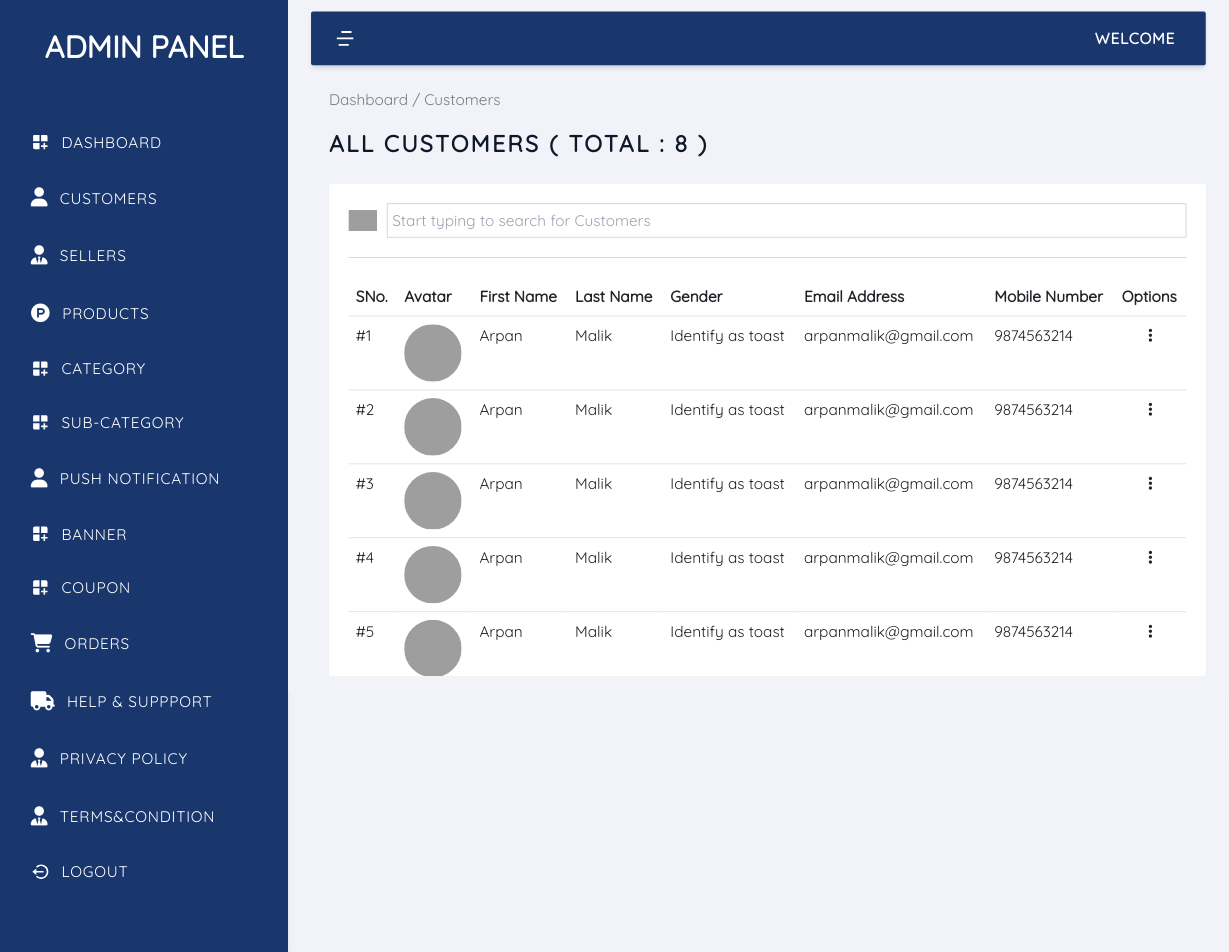
Repository: shishpal2000/admin.aschpro
Page: /Customer
The author's editor kept a copy of each file at every save. The page is drawn from the files as they stood at one save, then again after the next save.
The browser window is 1280 px wide. The pictures show the whole page, at 96% of full size.
Pictures or frames that could not be fetched are drawn as grey boxes. An inner scrolling area shows only its first screen. Some web libraries are served in a nearby version. The project was rebuilt for these pictures with package versions that can differ from the ones it lists, and the page was loaded fresh each time. Also part of the build but not shown: src/E-CommerceAdmin/forms/Login.jsx, src/E-CommerceAdmin/pages/Dashboard.jsx, src/E-CommerceAdmin/pages/ECategory.js, src/E-CommerceAdmin/pages/EProduct.js, src/E-CommerceAdmin/pages/EVendorList.js, src/E-CommerceAdmin/pages/EAdminOrders.js, src/E-CommerceAdmin/pages/EAdminDelivery.js, src/E-CommerceAdmin/pages/ESubCategory.js and 6 more. Imported but missing from the stored project, and not drawn on this page: src/E-CommerceAdmin/pages/Component/SpinnerComp.

Above is the page before, as saved 2023-06-28 18:16:17.

### public/index.html
<!-- @format -->

<!DOCTYPE html>
<html lang="en">
  <head>
    <meta charset="utf-8" />
    <meta name="viewport" content="width=device-width, initial-scale=1" />
    <meta name="theme-color" content="#000000" />
    <meta
      name="description"
      content="Web site created using create-react-app"
    />
    <link rel="icon" href="%PUBLIC_URL%/favicon.png" />
    <link rel="manifest" href="%PUBLIC_URL%/manifest.json" />
    <link rel="preconnect" href="https://fonts.googleapis.com" />
    <link rel="preconnect" href="https://fonts.gstatic.com" crossorigin />
    <link
      href="https://fonts.googleapis.com/css2?family=Roboto+Mono:ital,wght@1,300&display=swap"
      rel="stylesheet"
    />
    <link rel="preconnect" href="https://fonts.googleapis.com">
<link rel="preconnect" href="https://fonts.gstatic.com" crossorigin>
<link href="https://fonts.googleapis.com/css2?family=Quicksand&display=swap" rel="stylesheet">
    <title>Subharambh</title>
  </head>
  <body>
    <noscript>You need to enable JavaScript to run this app.</noscript>
    <div id="root"></div>
    <script src="https://code.jquery.com/jquery-3.6.0.min.js"></script>
    <script
      src="https://kit.fontawesome.com/b533b351e4.js"
      crossorigin="anonymous"
    ></script>
    <script
      type="module"
      src="https://unpkg.com/ionicons@7.1.0/dist/ionicons/ionicons.esm.js"
    ></script>
    <script
      nomodule
      src="https://unpkg.com/ionicons@7.1.0/dist/ionicons/ionicons.js"
    ></script>
  </body>
</html>

### src/E-CommerceAdmin/pages/EAdminCustomer.js
/** @format */

import React, { useEffect, useState } from "react";
import { Alert, Table } from "react-bootstrap";
import HOC from "../layout/HOC";
import { Dropdown, Menu } from "antd";

const data = [
  {
    img: "https://img.freepik.com/free-vector/businessman-character-avatar-isolated_24877-60111.jpg",
    fName: "Arpan",
    lName: "Malik",
    Gender: "Identify as toast",
    email: "arpanmalik@gmail.com",
    mobile: "9874563214",
  },
  {
    img: "https://img.freepik.com/free-vector/businessman-character-avatar-isolated_24877-60111.jpg",
    fName: "Arpan",
    lName: "Malik",
    Gender: "Identify as toast",
    email: "arpanmalik@gmail.com",
    mobile: "9874563214",
  },

  {
    img: "https://img.freepik.com/free-vector/businessman-character-avatar-isolated_24877-60111.jpg",
    fName: "Arpan",
    lName: "Malik",
    Gender: "Identify as toast",
    email: "arpanmalik@gmail.com",
    mobile: "9874563214",
  },
  {
    img: "https://img.freepik.com/free-vector/businessman-character-avatar-isolated_24877-60111.jpg",
    fName: "Arpan",
    lName: "Malik",
    Gender: "Identify as toast",
    email: "arpanmalik@gmail.com",
    mobile: "9874563214",
  },
  {
    img: "https://img.freepik.com/free-vector/businessman-character-avatar-isolated_24877-60111.jpg",
    fName: "Arpan",
    lName: "Malik",
    Gender: "Identify as toast",
    email: "arpanmalik@gmail.com",
    mobile: "9874563214",
  },
  {
    img: "https://img.freepik.com/free-vector/businessman-character-avatar-isolated_24877-60111.jpg",
    fName: "Arpan",
    lName: "Malik",
    Gender: "Identify as toast",
    email: "arpanmalik@gmail.com",
    mobile: "9874563214",
  },
  {
    img: "https://img.freepik.com/free-vector/businessman-character-avatar-isolated_24877-60111.jpg",
    fName: "Arpan",
    lName: "Malik",
    Gender: "Identify as toast",
    email: "arpanmalik@gmail.com",
    mobile: "9874563214",
  },
  {
    img: "https://img.freepik.com/free-vector/businessman-character-avatar-isolated_24877-60111.jpg",
    fName: "Arpan",
    lName: "Malik",
    Gender: "Identify as toast",
    email: "arpanmalik@gmail.com",
    mobile: "9874563214",
  },
];

const EAdminCustomer = () => {
  const [query, setQuery] = useState("");
  const [currentPage2, setCurrentPage2] = useState(1);
  const [postPerPage2] = useState(10);
  const lastPostIndex2 = currentPage2 * postPerPage2;
  const firstPostIndex2 = lastPostIndex2 - postPerPage2;
  let pages2 = [];

  const TotolData = query
    ? data?.filter(
        (i) =>
          i?.fName?.toLowerCase().includes(query?.toLowerCase()) ||
          i?.lName?.toLowerCase().includes(query?.toLowerCase()) ||
          i?.email?.toLowerCase().includes(query?.toLowerCase())
      )
    : data;

  useEffect(() => {
    if (query) {
      setCurrentPage2(1);
    }
  }, [query]);

  const slicedData = TotolData?.slice(firstPostIndex2, lastPostIndex2);

  for (let i = 1; i <= Math.ceil(TotolData?.length / postPerPage2); i++) {
    pages2.push(i);
  }

  function Next() {
    setCurrentPage2(currentPage2 + 1);
  }

  function Prev() {
    if (currentPage2 !== 1) {
      setCurrentPage2(currentPage2 - 1);
    }
  }

  return (
    <>
      <p className="headP">Dashboard / Customers</p>
      <div
        className="pb-4 w-full flex justify-between items-center"
        style={{ width: "98%", marginLeft: "2%" }}
      >
        <span
          className="tracking-widest text-slate-900 font-semibold uppercase "
          style={{ fontSize: "1.5rem" }}
        >
          All Customers ( Total : {data?.length} )
        </span>
      </div>

      <section className="sectionCont">
        {data?.length === 0 || !data ? (
          <Alert>No Data Found</Alert>
        ) : (
          <>
            <div className="filterBox">
              <img
                src="https://t4.ftcdn.net/jpg/01/41/97/61/360_F_141976137_kQrdYIvfn3e0RT1EWbZOmQciOKLMgCwG.jpg"
                alt=""
              />
              <input
                type="search"
                placeholder="Start typing to search for Customers"
                onChange={(e) => setQuery(e.target.value)}
              />
            </div>

            <div className="overFlowCont">
              <Table>
                <thead>
                  <tr>
                    <th>SNo.</th>
                    <th>Avatar</th>
                    <th>First Name</th>
                    <th>Last Name</th>
                    <th>Gender</th>
                    <th>Email Address</th>
                    <th>Mobile Number</th>
                    <th>Options</th>
                  </tr>
                </thead>
                <tbody>
                  {slicedData?.map((i, index) => (
                    <tr key={index}>
                      <td>#{index + 1} </td>
                      <td>
                        <img
                          src={i.img}
                          alt=""
                          style={{
                            width: "60px",
                            height: "60px",
                            borderRadius: "100%",
                          }}
                        />
                      </td>
                      <td> {i.fName} </td>
                      <td> {i.lName} </td>
                      <td> {i.Gender} </td>
                      <td> {i.email} </td>
                      <td> {i.mobile} </td>
                      <td style={{textAlign : 'center'}}>
                        <Dropdown
                          overlay={
                            <Menu>
                              <Menu.Item key="3">
                                <div className="two_Sec_Div">
                                  <i className="fa-sharp fa-solid fa-trash"></i>
                                  <p>Delete</p>
                                </div>
                              </Menu.Item>
                            </Menu>
                          }
                          trigger={["click"]}
                        >
                          <i className="fa-solid fa-ellipsis-vertical"></i>
                        </Dropdown>
                      </td>
                    </tr>
                  ))}
                </tbody>
              </Table>{" "}
              <div className="pagination">
                <button onClick={() => Prev()} className="prevBtn">
                  <i className="fa-solid fa-backward"></i>
                </button>
                {currentPage2 === 1 ? (
                  ""
                ) : (
                  <button onClick={() => setCurrentPage2(1)}>1</button>
                )}

                {pages2
                  ?.slice(currentPage2 - 1, currentPage2 + 3)
                  .map((i, index) =>
                    i === pages2?.length ? (
                      ""
                    ) : (
                      <button
                        key={index}
                        onClick={() => setCurrentPage2(i)}
                        className={currentPage2 === i ? "activePage" : ""}
                      >
                        {" "}
                        {i}{" "}
                      </button>
                    )
                  )}

                <button
                  onClick={() => setCurrentPage2(pages2?.length)}
                  className={
                    currentPage2 === pages2?.length ? "activePage" : ""
                  }
                >
                  {" "}
                  {pages2?.length}{" "}
                </button>

                {currentPage2 === pages2?.length ? (
                  ""
                ) : (
                  <button onClick={() => Next()} className="nextBtn">
                    {" "}
                    <i className="fa-sharp fa-solid fa-forward"></i>
                  </button>
                )}
              </div>
            </div>
          </>
        )}
      </section>
    </>
  );
};

export default HOC(EAdminCustomer);

### src/E-CommerceAdmin/layout/HOC.jsx
/** @format */

import React, { useState } from "react";
import Navbar from "./Navbar";
import Sidebar from "./Sidebar";

const HOC = (Wcomponenet) => {
  return function Component() {
    const [hamb, setHamb] = useState(false);
    return (
      <>
        <section
          className="flex overflow-x-hidden relative "
          style={{ backgroundColor: "#f2f3f8" }}
        >
          {/* Sidebar */}
          <div
            className={
              hamb
                ? " absolute top-0 z-30 md:w-auto shadow-md bg-slate-200  w-60 transition-all md:-left-full left duration-150  h-auto overflow-y-auto  left-0 "
                : " md:w-72 z-30 bg-slate-200  shadow-md  md:static absolute top-0 -left-full   transition-all duration-150  overflow-y-auto h-auto"
            }
            style={{ minWidth: "300px" }}
          >
            <Sidebar hamb={hamb} setHamb={setHamb} />
          </div>
          {/* Components & Navbar */}
          <div
            className={
              hamb
                ? " transition-all px-4 py-2  duration-150 w-full h-screen"
                : " w-full h-screen  px-4 py-2   z-50 transition-all duration-150 "
            }
            style={{ backgroundColor: "#f2f3f8" }}
          >
            <Navbar hamb={hamb} setHamb={setHamb} />
            <div className="my-6 text-#000 h-[87%] wcomp overflow-y-auto">
              {" "}
              <Wcomponenet />
            </div>
          </div>
        </section>
      </>
    );
  };
};

export default HOC;

### src/E-CommerceAdmin/layout/Navbar.jsx
/** @format */

import { RiMenu4Line } from "react-icons/ri";

const Navbar = ({ hamb, setHamb }) => {
  const AdminName = localStorage.getItem("AdminName")
  return (
    <>
      <div
        className={
          hamb
            ? "flex  w-full justify-between  my-1 rounded-sm  p-4 py-3 shadow-md items-center  bg-slate-200 space-x-4"
            : "flex  w-full justify-between my-1 rounded-sm  p-4 py-3 shadow-md items-center  bg-slate-200 space-x-4"
        }
        style={{ backgroundColor: "#19376d" }}
      >
        <RiMenu4Line
          onClick={() => setHamb(!hamb)}
          className="text-2xl font-bold text-gray-900 hover:scale-90 cursor-pointer"
          style={{ color: "#fff" }}
        />

        <section className="flex sm:ml-auto justify-end sm:w-full items-center space-x-2  pr-2">
          <figcaption className="tracking-wider pl-1 font-semibold">
            <div
              className="lg:text-base text-sm text-gray-900  uppercase"
              style={{ color: "#fff" }}
            >
              Welcome {AdminName}
            </div>
          </figcaption>
        </section>
      </div>
    </>
  );
};

export default Navbar;

### src/E-CommerceAdmin/layout/Sidebar.jsx
/** @format */

import React from "react";
import { RiCloseLine } from "react-icons/ri";
import { Link, useNavigate } from "react-router-dom";
import { BiLogOutCircle } from "react-icons/bi";
import { MdDashboardCustomize } from "react-icons/md";

const Sidebar = ({ hamb, setHamb }) => {
  const navigate = useNavigate();

  const nav = [
    {
      icon: <MdDashboardCustomize className="text-xl mr-3 rounded-full " />,
      link: "/dashboard ",
      name: "Dashboard",
    },

    {
      icon: (
        <i className="fa-solid fa-user text-xl mr-3 rounded-full"></i>
      ),
      link: "/Customer",
      name: "Customers",
    },
    {
      icon: <i className="fa-solid fa-user-tie text-xl mr-3 rounded-full"></i>,
      link: "/VendorList",
      name: "Sellers",
    },
    {
      icon: (
    <i className="fa-brands fa-product-hunt text-xl mr-3 rounded-full"></i>
      ),
      link: "/Product",
      name: "Products",
    },
    {
      icon: <MdDashboardCustomize className="text-xl mr-3 rounded-full " />,
      link: "/Category",
      name: "Category",
    },

    {
      icon: <MdDashboardCustomize className="text-xl mr-3 rounded-full " />,
      link: "/SubCategory",
      name: "Sub-Category",
    },
    {
      icon: <i className="fa-solid fa-user text-xl mr-3 rounded-full"></i>,
      link: "/pushNotification",
      name: "Push Notification",
    },

    {
      icon: <MdDashboardCustomize className="text-xl mr-3 rounded-full " />,
      link: "/banner",
      name: "Banner",
    },
    {
      icon: <MdDashboardCustomize className="text-xl mr-3 rounded-full " />,
      link: "/coupon",
      name: "Coupon",
    },

    {
      icon: (
        <i className="fa-solid fa-cart-shopping text-xl mr-3 rounded-full"></i>
      ),
      link: "/Orders",
      name: "Orders",
    },

    {
      icon: <i className="fa-solid fa-truck  text-xl mr-3 rounded-full"></i>,
      link: "/Support",
      name: "Help & Suppport",
    },


    {
      icon: <i className="fa-solid fa-user-tie text-xl mr-3 rounded-full"></i>,
      link: "/privacy",
      name: "Privacy Policy",
    },
    {
      icon: <i className="fa-solid fa-user-tie text-xl mr-3 rounded-full"></i>,
      link: "/terms",
      name: "Terms&Condition",
    }
  ];

  const logOut = () => {
    localStorage.clear()
    navigate("/");
  };

  return (
    <>
      <aside
        className="p-4 h-auto"
        style={{ backgroundColor: "#19376d", minHeight: "100vh" }}
      >
        {/* Top */}
        <div className="w-full md:hidden relative  p-2 mb-4">
          <RiCloseLine
            onClick={() => setHamb(!hamb)}
            className="text-3xl  absolute top-2 sm:hover:rotate-[228deg] transition-transform font-bold right-2 sm:hover:text-[22px] text-[rgb(241,146,46)] cursor-pointer"
          />
        </div>{" "}
        <figure className="flex  flex-col items-center">
          <span
            className="font-bold text-[#fff]"
            style={{
              fontSize: "2rem",
              textAlign: "center",
              textTransform: "uppercase",
            }}
          >
            {" "}
            ADMIN PANEL
          </span>
        </figure>
        <nav className="py-6">
          {nav.map((nav) => {
            return (
              <Link
                to={nav.link}
                key={nav.name}
                className=""
                style={{ textDecoration: "none", textTransform: "uppercase" }}
              >
                <span
                  className="flex my-3 items-center cursor-pointer text-gray-900    tracking-wider p-2 rounded-sm"
                  style={{ color: "#FFF" }}
                >
                  {nav.icon} {nav.name}
                </span>
              </Link>
            );
          })}
          <span
            className="flex my-3 items-center cursor-pointer text-gray-900    tracking-wider p-2 rounded-sm"
            onClick={() => logOut()}
            style={{ color: "#FFF", textTransform: "uppercase" }}
          >
            <BiLogOutCircle className="text-xl mr-3 rounded-full " /> LogOut
          </span>
        </nav>
      </aside>
    </>
  );
};

export default Sidebar;

Loaded but not shown: tailwind.config.js (common file); src/App.js (48 lines, source omitted); src/index.js (15 lines, source omitted); src/index.css (534 lines, source omitted)

After the next save:
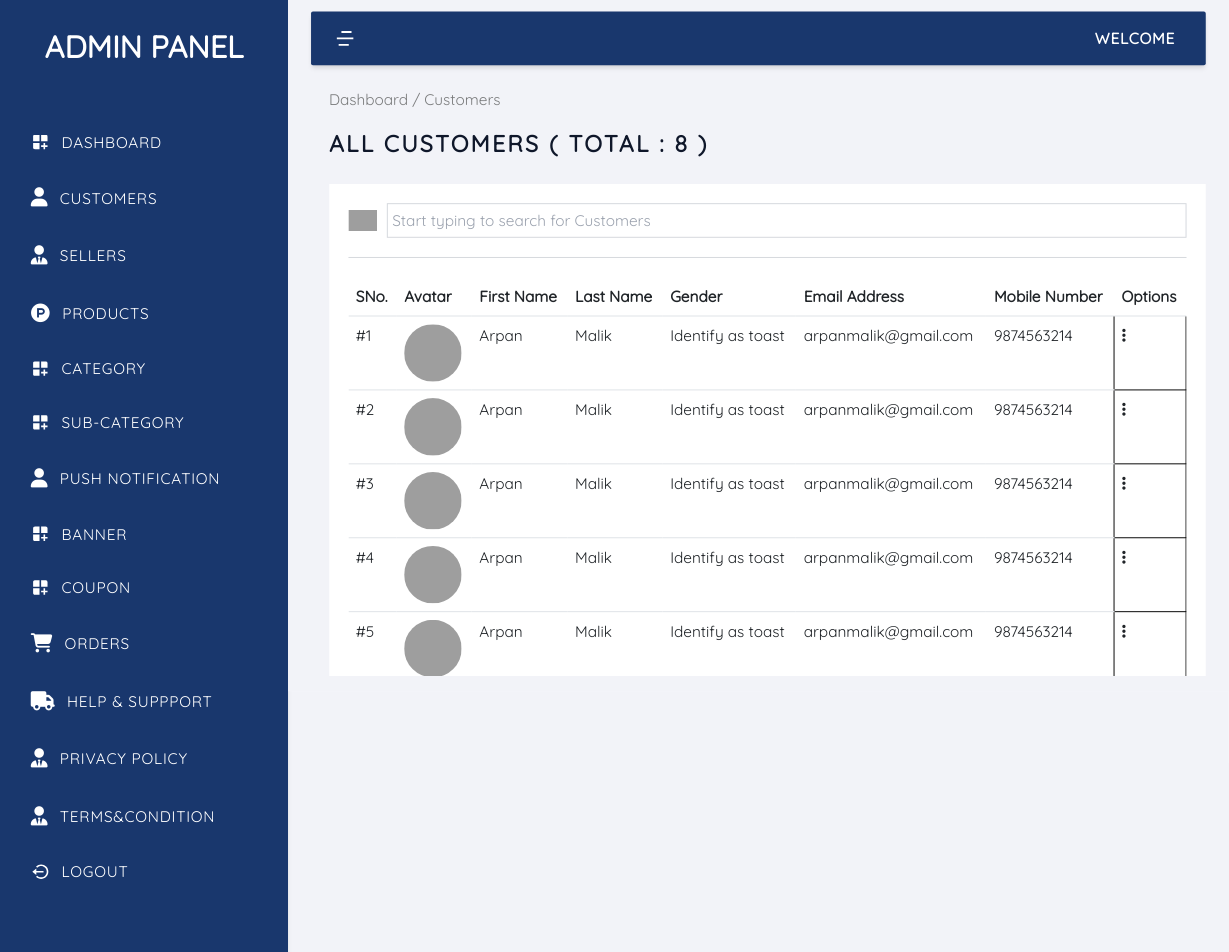
Saved 9 s later.
--- a/src/E-CommerceAdmin/pages/EAdminCustomer.js
+++ b/src/E-CommerceAdmin/pages/EAdminCustomer.js
@@ -178,7 +178,7 @@
                       <td> {i.Gender} </td>
                       <td> {i.email} </td>
                       <td> {i.mobile} </td>
-                      <td style={{textAlign : 'center'}}>
+                      <td style={{border : '1px solid black'}}>
                         <Dropdown
                           overlay={
                             <Menu>

After the save that followed:
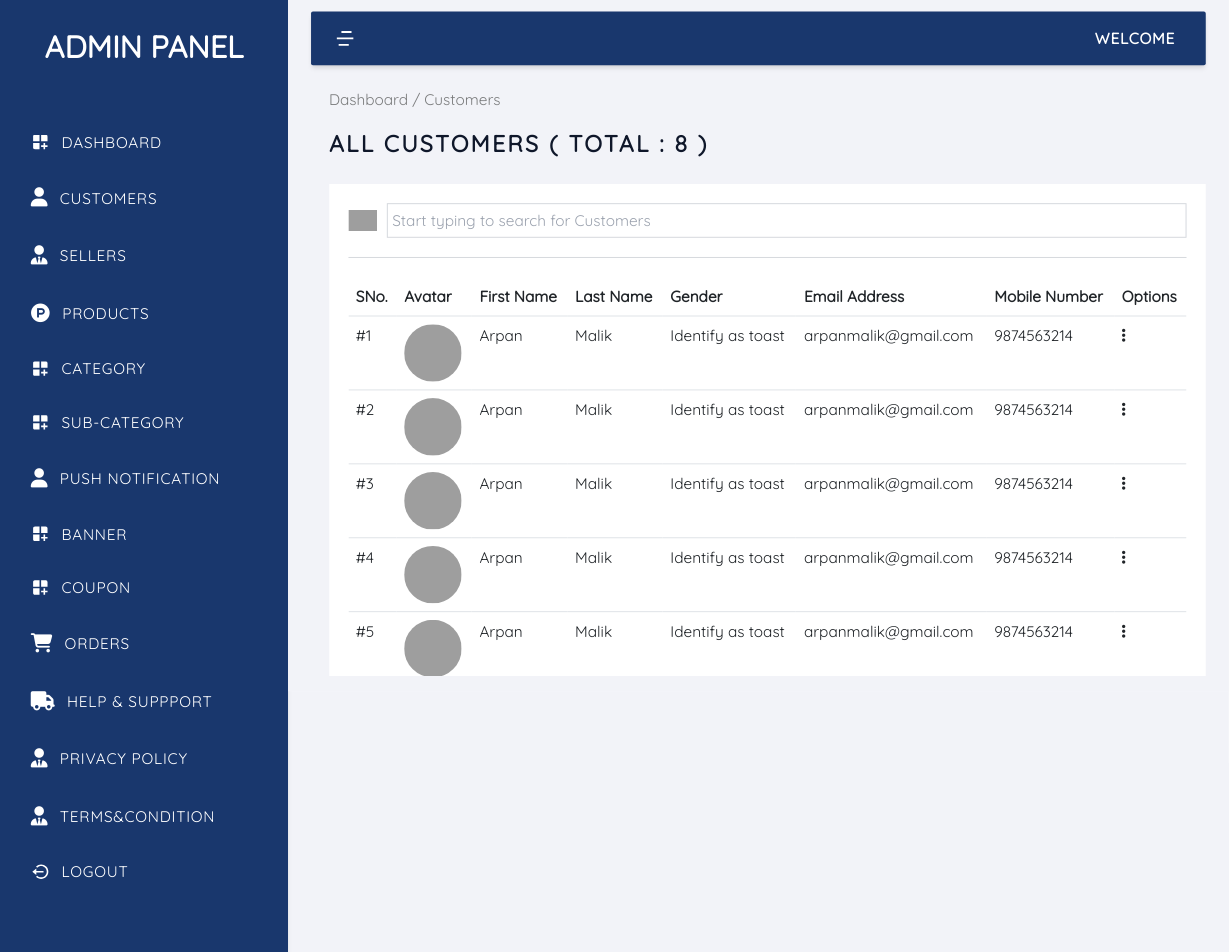
Saved 10 s later.
--- a/src/E-CommerceAdmin/pages/EAdminCustomer.js
+++ b/src/E-CommerceAdmin/pages/EAdminCustomer.js
@@ -178,7 +178,7 @@
                       <td> {i.Gender} </td>
                       <td> {i.email} </td>
                       <td> {i.mobile} </td>
-                      <td style={{border : '1px solid black'}}>
+                      <td style={{textAlign : 'ce'}}>
                         <Dropdown
                           overlay={
                             <Menu>
